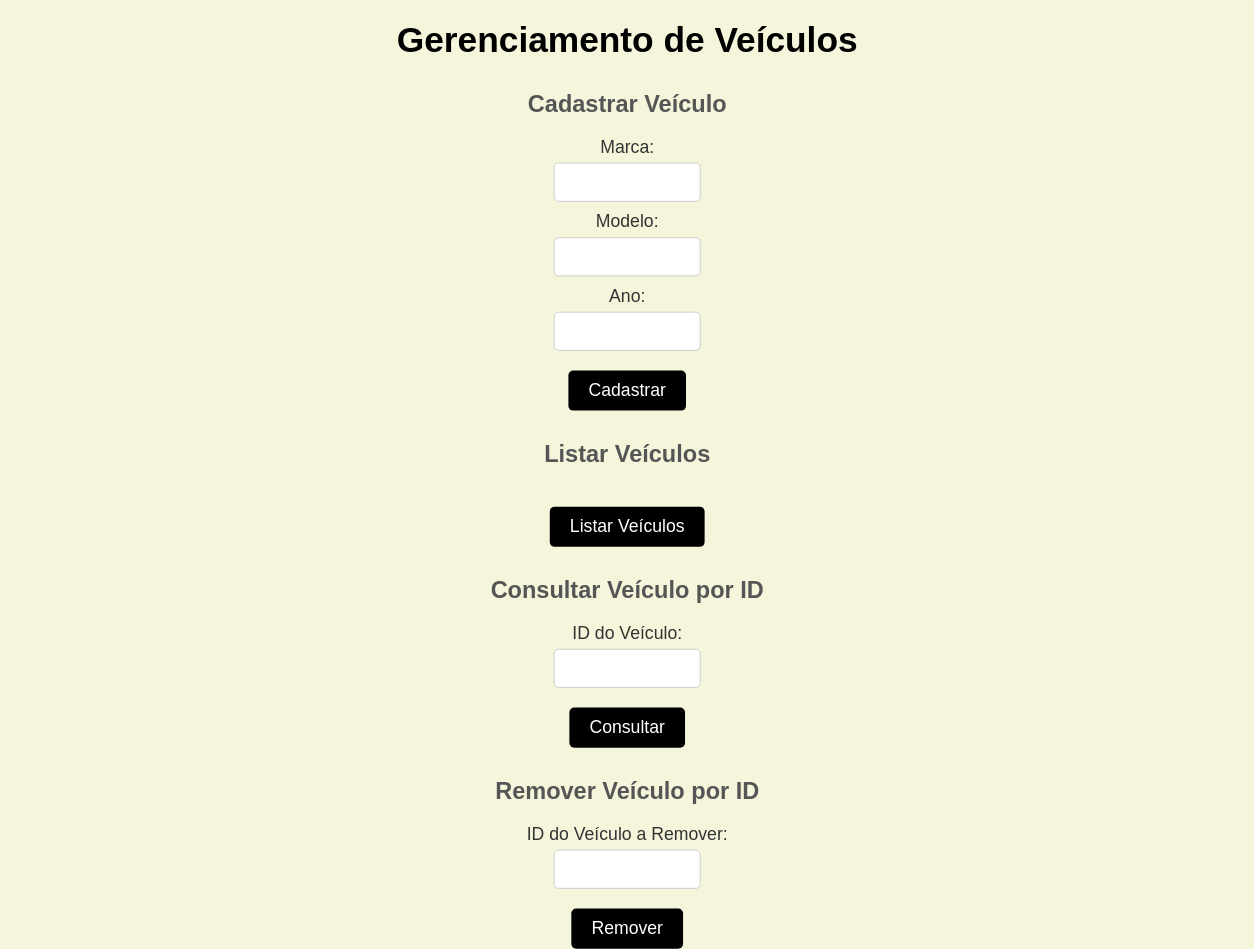
Repository: joaomadeira1208/Exercicio3
Page: veiculos/src/main/resources/index.html
The author's editor kept a copy of each file at every save. The page is drawn from the files as they stood at one save, then again after the next save.
The browser window is 1280 px wide. The pictures show the whole page, at 98% of full size.

Above is the page before, as saved 2023-09-14 22:04:46.

### veiculos/src/main/resources/index.html
<!DOCTYPE html>
<html>
<head>
    <title>Gerenciamento de Veículos</title>
    <style>
       /* Estilo para o corpo da página */
body {
    font-family: Arial, sans-serif;
    background-color: #f5f5dc;
    margin: 0;
    padding: 0;
    text-align: center;
}

/* Estilo para o cabeçalho (h1) */
h1 {
    font-size: 36px;
    color: black;
    margin-top: 20px;
}

/* Estilo para os subtítulos (h2) */
h2 {
    font-size: 24px;
    color: #555;
    margin-top: 30px;
}

/* Estilo para os rótulos dos campos de entrada */
label {
    font-size: 18px;
    color: #333;
    display: block;
    margin-top: 10px;
}

/* Estilo para os campos de entrada de texto */
input[type="text"],
input[type="number"] {
    width: 10%;
    padding: 10px;
    font-size: 16px;
    border: 1px solid #ccc;
    border-radius: 5px;
    margin-top: 5px;
}

/* Estilo para o botão */
input[type="submit"],
button {
    background-color: black;
    color: white;
    font-size: 18px;
    padding: 10px 20px;
    border: none;
    border-radius: 5px;
    cursor: pointer;
    margin-top: 20px;
}

/* Estilo para o botão quando o mouse passa por cima */
input[type="submit"]:hover,
button:hover {
    background-color: green;
}


    </style>
</head>
<body>
    <h1>Gerenciamento de Veículos</h1>

    <!-- Formulário para cadastrar um veículo -->
    <h2>Cadastrar Veículo</h2>
    <form action="/cadastrar-veiculo" method="post">
        <label for="marca">Marca:</label>
        <input type="text" id="marca" name="marca" required><br>

        <label for="modelo">Modelo:</label>
        <input type="text" id="modelo" name="modelo" required><br>

        <label for="ano">Ano:</label>
        <input type="number" id="ano" name="ano" required><br>

        <input type="submit" value="Cadastrar">
    </form>

    <!-- Botão para listar veículos -->
    <h2>Listar Veículos</h2>
    <button onclick="listarVeiculos()">Listar Veículos</button>

    <!-- Formulário para consultar um veículo por ID -->
    <h2>Consultar Veículo por ID</h2>
    <form action="/consultar-veiculo" method="get">
        <label for="id-veiculo">ID do Veículo:</label>
        <input type="number" id="id-veiculo" name="id-veiculo" required><br>

        <input type="submit" value="Consultar">
    </form>

    <!-- Formulário para remover um veículo por ID -->
    <h2>Remover Veículo por ID</h2>
    <form action="/remover-veiculo" method="post">
        <label for="id-veiculo-remover">ID do Veículo a Remover:</label>
        <input type="number" id="id-veiculo-remover" name="id-veiculo-remover" required><br>

        <input type="submit" value="Remover">
    </form>

    <script>
        function listarVeiculos() {
            // Você pode adicionar aqui a lógica para listar veículos na página
        }
    </script>
</body>
</html>

After the next save:
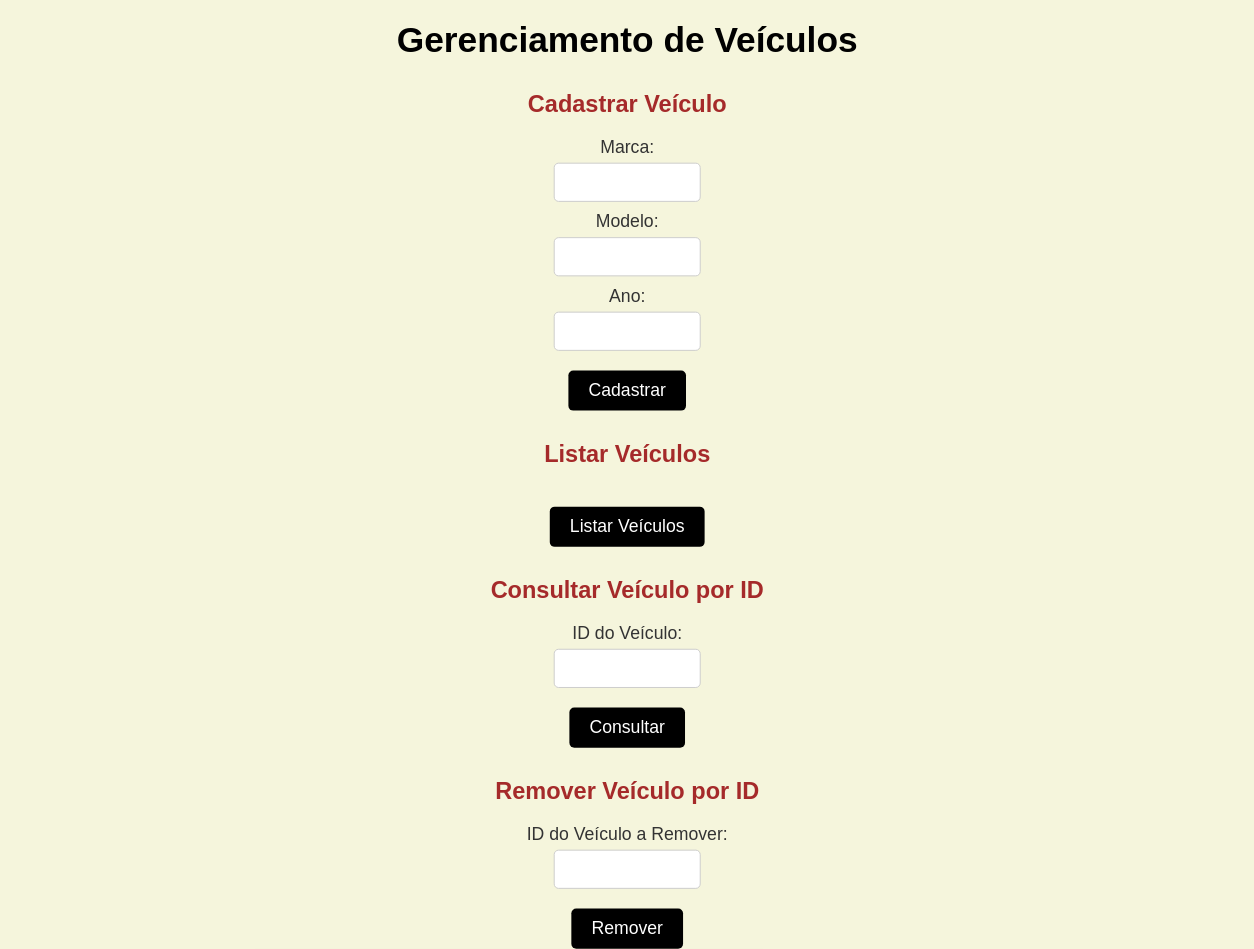
Saved 70 s later.
--- a/veiculos/src/main/resources/index.html
+++ b/veiculos/src/main/resources/index.html
@@ -22,7 +22,7 @@ h1 {
 /* Estilo para os subtítulos (h2) */
 h2 {
     font-size: 24px;
-    color: #555;
+    color: #A52A2A;
     margin-top: 30px;
 }
 
